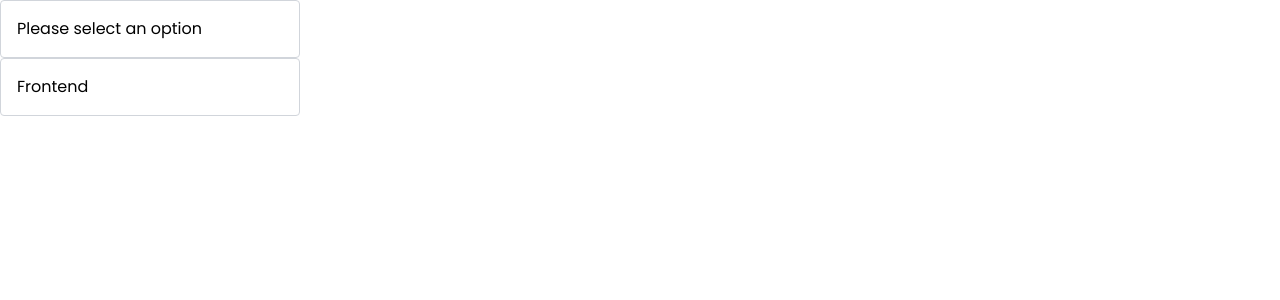
Repository: ThanhPhongsof/React-Course
Page: /, after clicking the first element matching `div.flex`
The author's editor kept a copy of each file at every save. The page is drawn from the files as they stood at one save, then again after the next save.
The browser window is 1280 px wide. The pictures show the whole page.
The project was rebuilt for these pictures with package versions that can differ from the ones it lists, and the page was loaded fresh each time.

Above is the page before, as saved 2022-04-26 09:12:18.

After the next save:
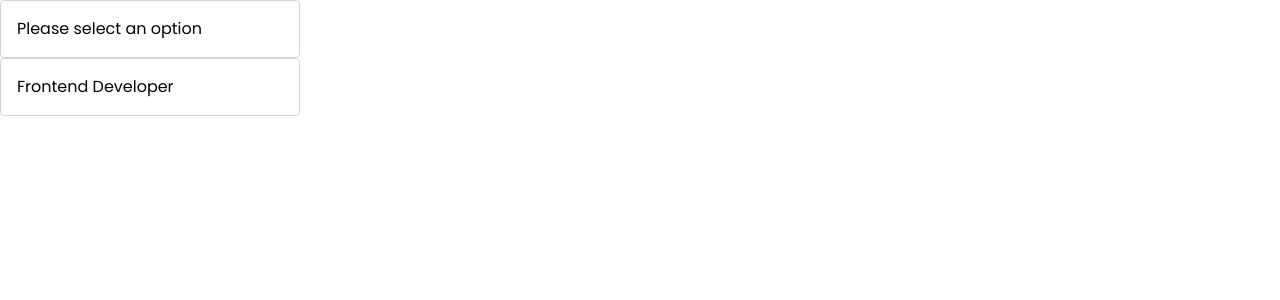
Saved 52 s later.
--- a/src/components/advanced-react/inversion-of-control/Dropdown.js
+++ b/src/components/advanced-react/inversion-of-control/Dropdown.js
@@ -18,7 +18,7 @@ const Dropdown = ({ options }) => {
         <div className="border border-gray-300 rounded options">
           {options &&
             options?.map((item) => (
-              <div className="p-4 cursor-pointer option-item">Frontend</div>
+              <div className="p-4 cursor-pointer option-item">{item.title}</div>
             ))}
         </div>
       )}
